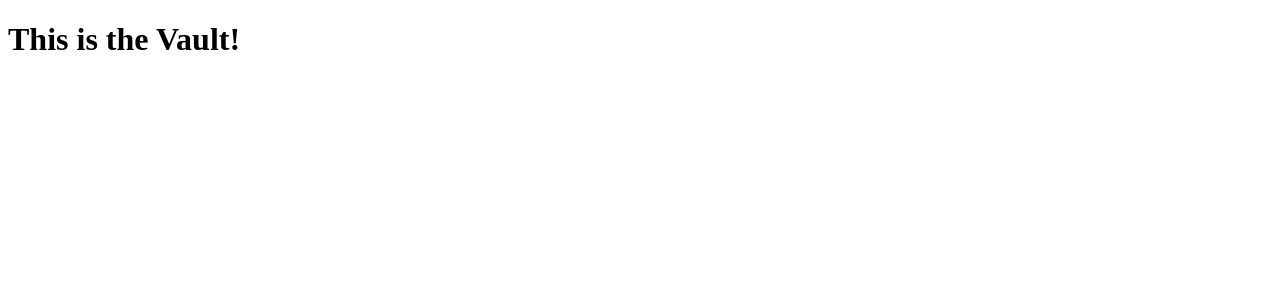
Repository: TheTroyPhillips/Block14
Page: Coursework/Secure-the-vault/index.html
These files come from the project's save history. The page is drawn as it stood at one moment and after a run of saves; the edit follows.
The browser window is 1280 px wide. The pictures show the whole page.

Above is the page before, as saved 2023-08-29 22:54:16.

After the next 2 saves:
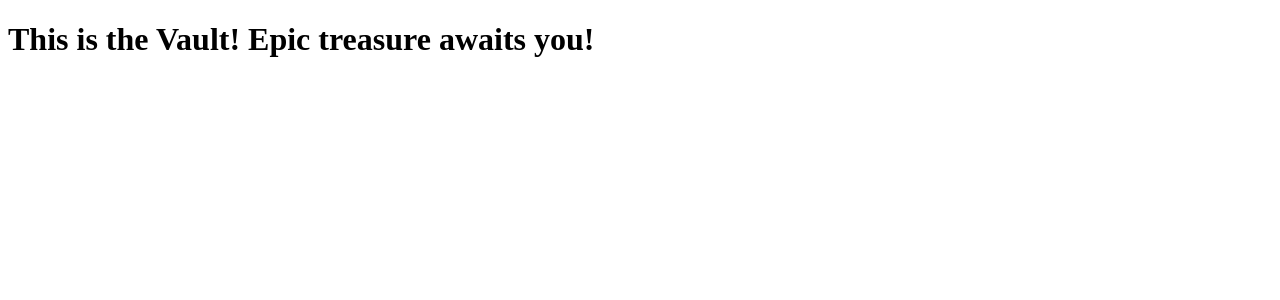
The 2 saves are shown as one change because they came seconds apart.
The last was saved 8 s later.
--- a/Coursework/Secure-the-vault/index.html
+++ b/Coursework/Secure-the-vault/index.html
@@ -7,6 +7,6 @@
 </head>
 <script src="script.js"></script>
 <body>
-    <h1>This is the Vault! </h1>
+    <h1>This is the Vault! Epic treasure awaits you!</h1>
 </body>
 </html>
